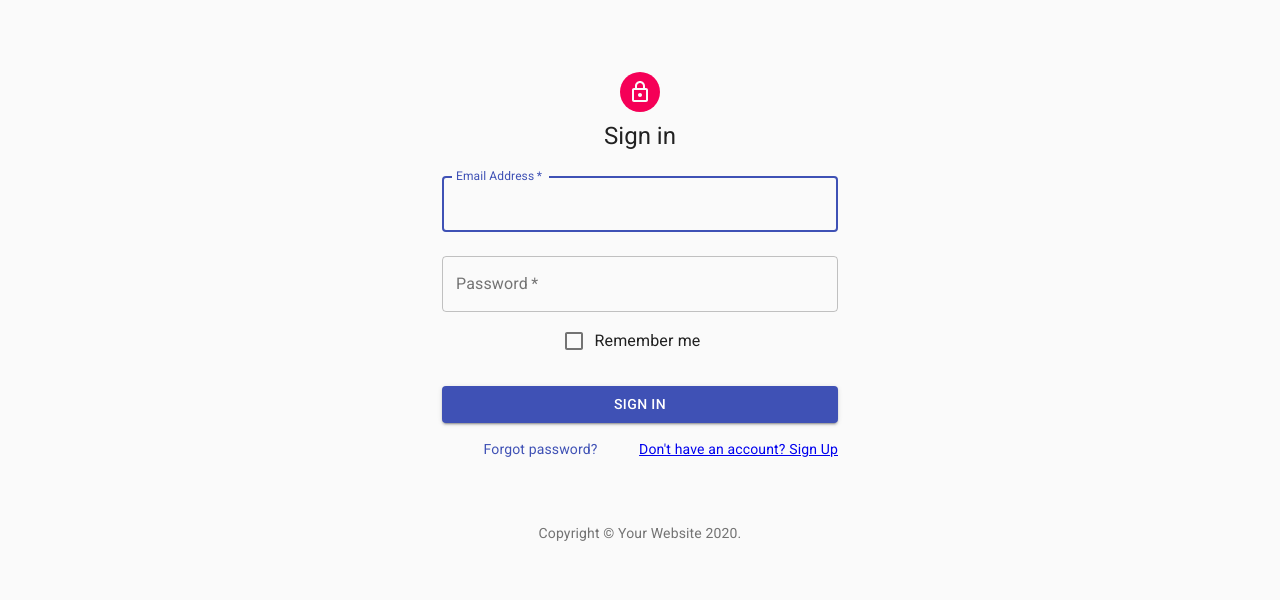
Repository: mk1020/Daily-Bot
Page: /
These files come from the project's save history. The page is drawn as it stood at one moment and after the next save; the edit follows.
The browser window is 1280 px wide. The pictures show the whole page.
The project was rebuilt for these pictures with package versions that can differ from the ones it lists, and the page was loaded fresh each time. Also part of the build but not shown: src/components/SignUp.js.

Above is the page before, as saved 2020-03-09 14:17:10.

### public/index.html
<!DOCTYPE html>
<html lang="en">
  <head>
    <meta charset="utf-8" />
    <link rel="icon" href="%PUBLIC_URL%/favicon.ico" />
    <meta name="viewport" content="width=device-width, initial-scale=1" />
    <meta name="theme-color" content="#000000" />
    <meta
      name="description"
      content="Web site created using create-react-app"
    />
    <link rel="apple-touch-icon" href="%PUBLIC_URL%/logo192.png" />
    <!--
      manifest.json provides metadata used when your web app is installed on a
      user's mobile device or desktop. See https://developers.google.com/web/fundamentals/web-app-manifest/
    -->
    <link rel="manifest" href="%PUBLIC_URL%/manifest.json" />
    <link rel="stylesheet" href="https://fonts.googleapis.com/css?family=Roboto:300,400,500,700&display=swap" />
    <link rel="stylesheet" href="https://fonts.googleapis.com/icon?family=Material+Icons" />
    <!--
      Notice the use of %PUBLIC_URL% in the tags above.
      It will be replaced with the URL of the `public` folder during the build.
      Only files inside the `public` folder can be referenced from the HTML.

      Unlike "/favicon.ico" or "favicon.ico", "%PUBLIC_URL%/favicon.ico" will
      work correctly both with client-side routing and a non-root public URL.
      Learn how to configure a non-root public URL by running `npm run build`.
    -->
    <title>React App</title>
  </head>
  <body>
    <noscript>You need to enable JavaScript to run this app.</noscript>
<!--     <script src="/node_modules/amazon-cognito-identity-js/dist/amazon-cognito-identity.min.js"></script>
 -->    <div id="root"></div>
    <!--
      This HTML file is a template.
      If you open it directly in the browser, you will see an empty page.

      You can add webfonts, meta tags, or analytics to this file.
      The build step will place the bundled scripts into the <body> tag.

      To begin the development, run `npm start` or `yarn start`.
      To create a production bundle, use `npm run build` or `yarn build`.
    -->
  </body>
</html>

### src/index.tsx
import React from 'react';
import ReactDOM from 'react-dom';
import './index.css';
import App from './App';
import * as serviceWorker from './serviceWorker';
import Amplify from 'aws-amplify';
import awsconfig from './aws-exports';
import { BrowserRouter } from 'react-router-dom';

Amplify.configure(awsconfig);

ReactDOM.render(
	<BrowserRouter>
		<App />
	</BrowserRouter>,
	document.getElementById('root')
);

// If you want your app to work offline and load faster, you can change
// unregister() to register() below. Note this comes with some pitfalls.
// Learn more about service workers: https://bit.ly/CRA-PWA
serviceWorker.unregister();

### src/App.tsx
import React, { useState } from 'react';
import { API, graphqlOperation } from 'aws-amplify';
import { createPost } from './graphql/mutations';
import { getPost } from './graphql/queries';
import SignIn from './components/SignIn';
import SignUp from './components/SignUp';
import { Route } from 'react-router-dom';
import './App.css';
import {
	CognitoUserPool,
	CognitoUserAttribute,
	CognitoUser,
} from 'amazon-cognito-identity-js';


const poolData = {
	UserPoolId: 'eu-central-1_7VyHQApew',
	ClientId: '2sqov0b8nuk4mhtfjoackulf0n'
};

let attributeList = [];
const email = {
	Name: "email",
	Value: "email3@kdddmymail.com",
}

const name = {
	Name: "name",
	Value: "Mike1",
}

attributeList.push(new CognitoUserAttribute(email));
attributeList.push(new CognitoUserAttribute(name));


const userPool = new CognitoUserPool(poolData);
userPool.signUp(email.Value, 'Nnl1234&*5678', attributeList, null, (err, result)=>{
	 if (err) console.log(err); else console.log(result)

	});

const App = () => {
	const [title, setTitle] = useState('');

	const addTitle = async () => {
		await API.graphql(
			graphqlOperation(createPost, { input: { id: 2, title: title } })
		);
		setTitle('');
	};

	const getPosts = async () => {
		const allPosts = await API.graphql(graphqlOperation(getPost, { id: 2 }));
		console.log('all posts', allPosts);
		debugger;
	};
	return (
		<div className="App">
			<Route exact path="/" render={() => <SignIn />} />
			<Route exact path="/signup" render={() => <SignUp />} />
		</div>
	);
};

export default App;

### src/aws-exports.js
// WARNING: DO NOT EDIT. This file is automatically generated by AWS Amplify. It will be overwritten.

const awsmobile = {
  "aws_project_region": 'eu-central-1',
  "aws_appsync_graphqlEndpoint":
    'https://ap4hlsdpt5b7ngmlotm2y5wqmq.appsync-api.eu-central-1.amazonaws.com/graphql',
  "aws_appsync_region": 'eu-central-1',
  "aws_appsync_authenticationType": 'API_KEY',
  "aws_appsync_apiKey": 'da2-utrcdmiqmbdr7ktnyik7n5y3xe',
 "aws_appsync_dangerously_connect_to_http_endpoint_for_testing": true,
};

export default awsmobile;

### src/graphql/mutations.ts
// tslint:disable
// this is an auto generated file. This will be overwritten

export const createBlog = /* GraphQL */ `
  mutation CreateBlog(
    $input: CreateBlogInput!
    $condition: ModelBlogConditionInput
  ) {
    createBlog(input: $input, condition: $condition) {
      id
      name
      posts {
        items {
          id
          title
        }
        nextToken
      }
    }
  }
`;
export const updateBlog = /* GraphQL */ `
  mutation UpdateBlog(
    $input: UpdateBlogInput!
    $condition: ModelBlogConditionInput
  ) {
    updateBlog(input: $input, condition: $condition) {
      id
      name
      posts {
        items {
          id
          title
        }
        nextToken
      }
    }
  }
`;
export const deleteBlog = /* GraphQL */ `
  mutation DeleteBlog(
    $input: DeleteBlogInput!
    $condition: ModelBlogConditionInput
  ) {
    deleteBlog(input: $input, condition: $condition) {
      id
      name
      posts {
        items {
          id
          title
        }
        nextToken
      }
    }
  }
`;
export const createPost = /* GraphQL */ `
  mutation CreatePost(
    $input: CreatePostInput!
    $condition: ModelPostConditionInput
  ) {
    createPost(input: $input, condition: $condition) {
      id
      title
      blog {
        id
        name
        posts {
          nextToken
        }
      }
      comments {
        items {
          id
          content
        }
        nextToken
      }
    }
  }
`;
export const updatePost = /* GraphQL */ `
  mutation UpdatePost(
    $input: UpdatePostInput!
    $condition: ModelPostConditionInput
  ) {
    updatePost(input: $input, condition: $condition) {
      id
      title
      blog {
        id
        name
        posts {
          nextToken
        }
      }
      comments {
        items {
          id
          content
        }
        nextToken
      }
    }
  }
`;
export const deletePost = /* GraphQL */ `
  mutation DeletePost(
    $input: DeletePostInput!
    $condition: ModelPostConditionInput
  ) {
    deletePost(input: $input, condition: $condition) {
      id
      title
      blog {
        id
        name
        posts {
          nextToken
        }
      }
      comments {
        items {
          id
          content
        }
        nextToken
      }
    }
  }
`;
export const createComment = /* GraphQL */ `
  mutation CreateComment(
    $input: CreateCommentInput!
    $condition: ModelCommentConditionInput
  ) {
    createComment(input: $input, condition: $condition) {
      id
      content
      post {
        id
        title
        blog {
          id
          name
        }
        comments {
          nextToken
        }
      }
    }
  }
`;
export const updateComment = /* GraphQL */ `
  mutation UpdateComment(
    $input: UpdateCommentInput!
    $condition: ModelCommentConditionInput
  ) {
    updateComment(input: $input, condition: $condition) {
      id
      content
      post {
        id
        title
        blog {
          id
          name
        }
        comments {
          nextToken
        }
      }
    }
  }
`;
export const deleteComment = /* GraphQL */ `
  mutation DeleteComment(
    $input: DeleteCommentInput!
    $condition: ModelCommentConditionInput
  ) {
    deleteComment(input: $input, condition: $condition) {
      id
      content
      post {
        id
        title
        blog {
          id
          name
        }
        comments {
          nextToken
        }
      }
    }
  }
`;

### src/graphql/queries.ts
// tslint:disable
// this is an auto generated file. This will be overwritten

export const getBlog = /* GraphQL */ `
  query GetBlog($id: ID!) {
    getBlog(id: $id) {
      id
      name
      posts {
        items {
          id
          title
        }
        nextToken
      }
    }
  }
`;
export const listBlogs = /* GraphQL */ `
  query ListBlogs(
    $filter: ModelBlogFilterInput
    $limit: Int
    $nextToken: String
  ) {
    listBlogs(filter: $filter, limit: $limit, nextToken: $nextToken) {
      items {
        id
        name
        posts {
          nextToken
        }
      }
      nextToken
    }
  }
`;
export const getPost = /* GraphQL */ `
  query GetPost($id: ID!) {
    getPost(id: $id) {
      id
      title
      blog {
        id
        name
        posts {
          nextToken
        }
      }
      comments {
        items {
          id
          content
        }
        nextToken
      }
    }
  }
`;
export const listPosts = /* GraphQL */ `
  query ListPosts(
    $filter: ModelPostFilterInput
    $limit: Int
    $nextToken: String
  ) {
    listPosts(filter: $filter, limit: $limit, nextToken: $nextToken) {
      items {
        id
        title
        blog {
          id
          name
        }
        comments {
          nextToken
        }
      }
      nextToken
    }
  }
`;
export const getComment = /* GraphQL */ `
  query GetComment($id: ID!) {
    getComment(id: $id) {
      id
      content
      post {
        id
        title
        blog {
          id
          name
        }
        comments {
          nextToken
        }
      }
    }
  }
`;
export const listComments = /* GraphQL */ `
  query ListComments(
    $filter: ModelCommentFilterInput
    $limit: Int
    $nextToken: String
  ) {
    listComments(filter: $filter, limit: $limit, nextToken: $nextToken) {
      items {
        id
        content
        post {
          id
          title
        }
      }
      nextToken
    }
  }
`;

### src/components/SignIn.js
import React from 'react';
import Avatar from '@material-ui/core/Avatar';
import Button from '@material-ui/core/Button';
import CssBaseline from '@material-ui/core/CssBaseline';
import TextField from '@material-ui/core/TextField';
import FormControlLabel from '@material-ui/core/FormControlLabel';
import Checkbox from '@material-ui/core/Checkbox';
import Link from '@material-ui/core/Link';
import Grid from '@material-ui/core/Grid';
import Box from '@material-ui/core/Box';
import LockOutlinedIcon from '@material-ui/icons/LockOutlined';
import Typography from '@material-ui/core/Typography';
import { makeStyles } from '@material-ui/core/styles';
import Container from '@material-ui/core/Container';
import { NavLink } from 'react-router-dom';

function Copyright() {
	return (
		<Typography variant="body2" color="textSecondary" align="center">
			{'Copyright © '}
			<Link color="inherit" href="https://material-ui.com/">
				Your Website
			</Link>{' '}
			{new Date().getFullYear()}
			{'.'}
		</Typography>
	);
}

const useStyles = makeStyles(theme => ({
	paper: {
		marginTop: theme.spacing(8),
		display: 'flex',
		flexDirection: 'column',
		alignItems: 'center',
	},
	avatar: {
		margin: theme.spacing(1),
		backgroundColor: theme.palette.secondary.main,
	},
	form: {
		width: '100%', // Fix IE 11 issue.
		marginTop: theme.spacing(1),
	},
	submit: {
		margin: theme.spacing(3, 0, 2),
	},
}));

export default function SignIn() {
	const classes = useStyles();

	return (
		<Container component="main" maxWidth="xs">
			<CssBaseline />
			<div className={classes.paper}>
				<Avatar className={classes.avatar}>
					<LockOutlinedIcon />
				</Avatar>
				<Typography component="h1" variant="h5">
					Sign in
				</Typography>
				<form className={classes.form} noValidate>
					<TextField
						variant="outlined"
						margin="normal"
						required
						fullWidth
						id="email"
						label="Email Address"
						name="email"
						autoComplete="email"
						autoFocus
					/>
					<TextField
						variant="outlined"
						margin="normal"
						required
						fullWidth
						name="password"
						label="Password"
						type="password"
						id="password"
						autoComplete="current-password"
					/>
					<FormControlLabel
						control={<Checkbox value="remember" color="primary" />}
						label="Remember me"
					/>
					<Button
						type="submit"
						fullWidth
						variant="contained"
						color="primary"
						className={classes.submit}
					>
						Sign In
					</Button>
					<Grid container>
						<Grid item xs>
							<Link href="#" variant="body2">
								Forgot password?
							</Link>
						</Grid>
						<Grid item>
							<Link variant="body2">
								<NavLink to="/signup">{"Don't have an account? Sign Up"}</NavLink>
							</Link>
						</Grid>
					</Grid>
				</form>
			</div>
			<Box mt={8}>
				<Copyright />
			</Box>
		</Container>
	);
}

Loaded but not shown: src/index.css (common file); src/serviceWorker.ts (common file); src/App.css (common file)

After the next save:
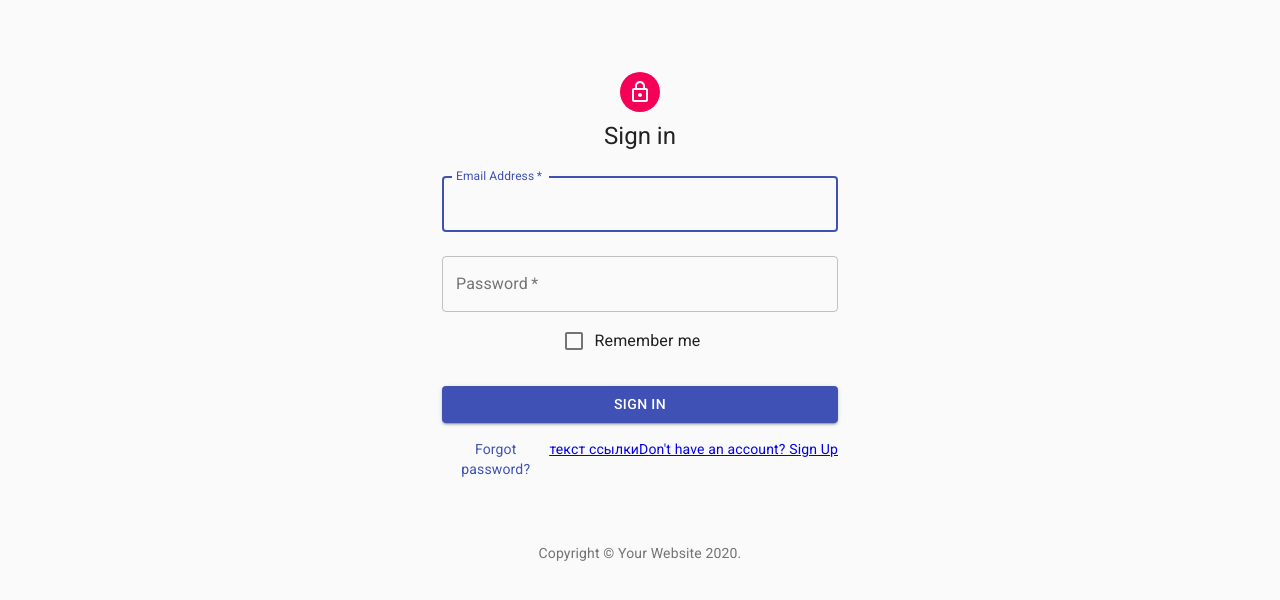
Saved 4 min 6 s later.
--- a/src/components/SignIn.js
+++ b/src/components/SignIn.js
@@ -103,9 +103,9 @@
 							</Link>
 						</Grid>
 						<Grid item>
-							<Link variant="body2">
-								<NavLink to="/signup">{"Don't have an account? Sign Up"}</NavLink>
-							</Link>
+						<NavLink to="/signup">
+						<a href="URL">текст ссылки
+						{"Don't have an account? Sign Up"}</a></NavLink>
 						</Grid>
 					</Grid>
 				</form>

After the save that followed:
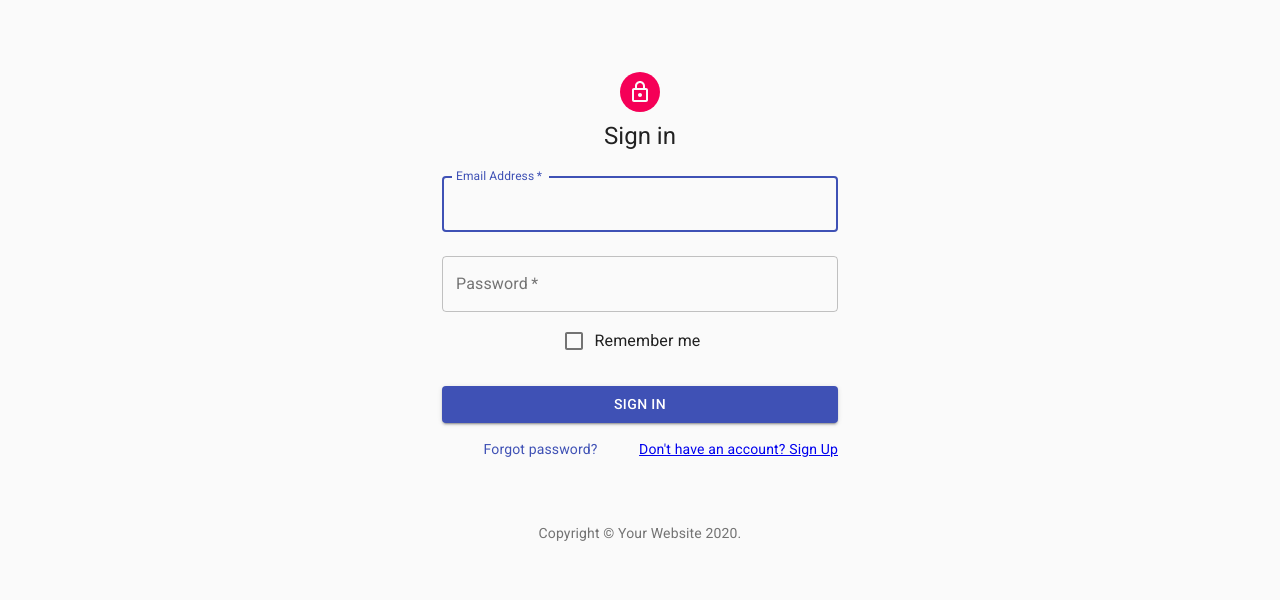
Saved 8 s later.
--- a/src/components/SignIn.js
+++ b/src/components/SignIn.js
@@ -104,7 +104,7 @@
 						</Grid>
 						<Grid item>
 						<NavLink to="/signup">
-						<a href="URL">текст ссылки
+						<a>
 						{"Don't have an account? Sign Up"}</a></NavLink>
 						</Grid>
 					</Grid>
